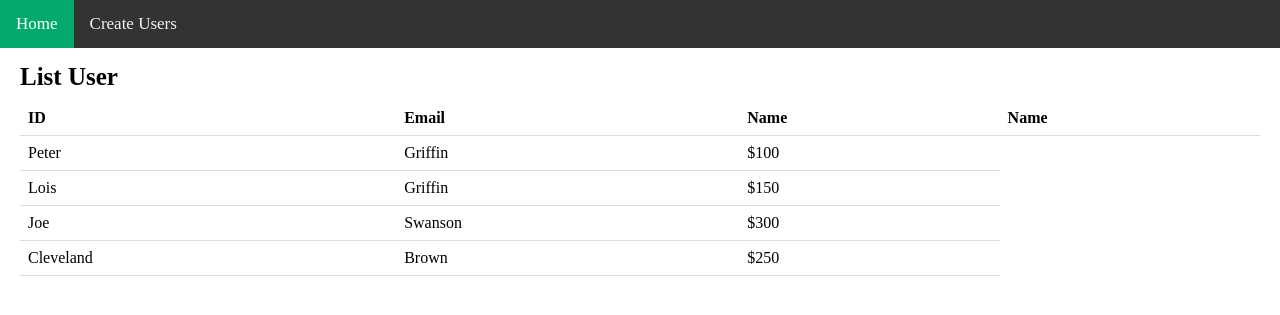
Repository: Ducbii4202/backend-Nodejs
Page: src/views/home.ejs
The author's editor kept a copy of each file at every save. The page is drawn from the files as they stood at one save, then again after the next save.
The browser window is 1280 px wide. The pictures show the whole page.
The page is served by the project's Node server (server.js). The template is opened directly, without the code that normally fills it, so the values that code supplies are empty.

Above is the page before, as saved 2024-07-01 23:33:26.

After the next save:
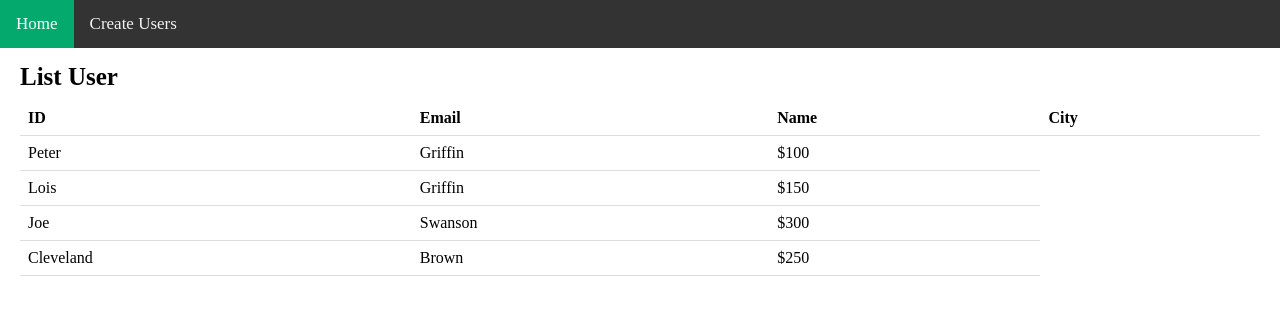
Saved 5 s later.
--- a/src/views/home.ejs
+++ b/src/views/home.ejs
@@ -47,7 +47,7 @@
         <th>ID</th>
         <th>Email</th>
         <th>Name</th>
-        <th>Name</th>
+        <th>City</th>
       </tr>
       <tr>
         <td>Peter</td>
